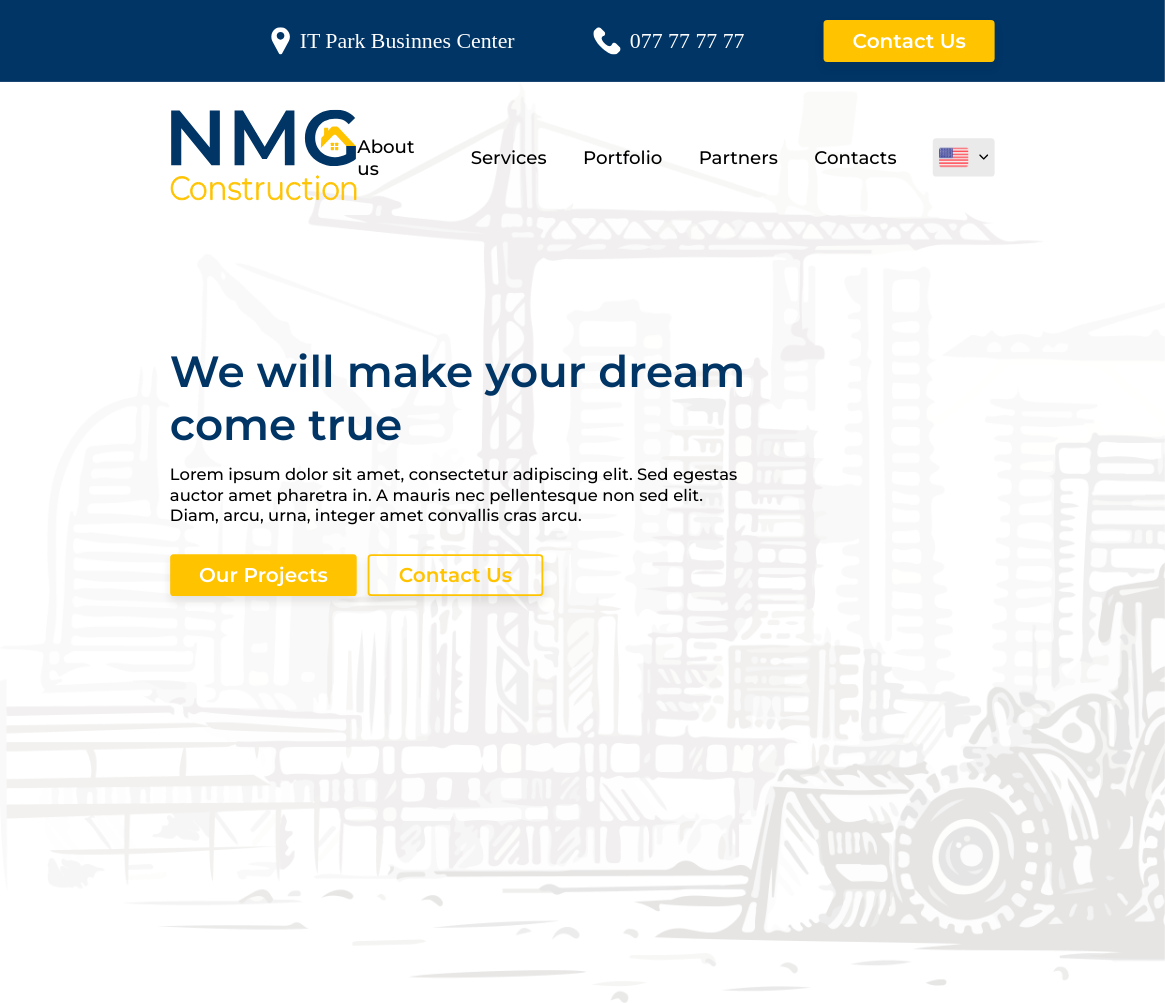
Repository: Lia1986/NMG-nuxt-project
Page: /
The author's editor kept a copy of each file at every save. The page is drawn from the files as they stood at one save, then again after the next save.
The browser window is 1280 px wide. The pictures show the whole page, at 91% of full size.
The project was rebuilt for these pictures with package versions that can differ from the ones it lists, and the page was loaded fresh each time. The framework's server and built-in components were replaced by stand-ins that run in the browser. Also part of the build but not shown: nuxt.config.js, components/ContactUs.vue, components/Partners.vue, components/Portfolio.vue, components/Services.vue, components/Tutorial.vue.

Above is the page before, as saved 2022-08-17 17:12:01.

### components/Navbar.vue
<template>
  <div class="wr_navbar">
    <div class="nav d-flex_jc-c_ai-c">
      <div class="wr_content d-flex_jc-c_ai-c">
        <div class="d-flex_jc-c_ai-c">
          <svg
            width="21"
            height="30"
            viewBox="0 0 21 30"
            fill="none"
            xmlns="http://www.w3.org/2000/svg"
          >
            <path
              d="M19.1586 5.13735C17.3414 1.99532 14.1138 0.0757324 10.5246 0.00237305C10.3714 -0.000791016 10.2172 -0.000791016 10.0639 0.00237305C6.47482 0.0757324 3.24722 1.99532 1.43002 5.13735C-0.427403 8.34899 -0.478222 12.2068 1.29406 15.4571L8.7188 29.0735C8.72213 29.0795 8.72547 29.0856 8.72892 29.0915C9.05558 29.6604 9.64079 30 10.2944 30C10.948 30 11.5332 29.6604 11.8598 29.0915C11.8632 29.0856 11.8666 29.0795 11.8699 29.0735L19.2947 15.4571C21.0668 12.2068 21.016 8.34899 19.1586 5.13735ZM10.2943 13.5938C7.9726 13.5938 6.08377 11.7013 6.08377 9.37503C6.08377 7.0488 7.9726 5.15628 10.2943 5.15628C12.616 5.15628 14.5048 7.0488 14.5048 9.37503C14.5048 11.7013 12.6161 13.5938 10.2943 13.5938Z"
              fill="white"
            />
          </svg>
          IT Park Businnes Center
        </div>
        <div class="d-flex_jc-c_ai-c">
          <svg
            width="30"
            height="30"
            viewBox="0 0 30 30"
            fill="none"
            xmlns="http://www.w3.org/2000/svg"
          >
            <path
              d="M29.1835 22.017L24.9969 17.8304C23.5017 16.3352 20.9598 16.9333 20.3617 18.877C19.9132 20.2228 18.418 20.9704 17.0723 20.6713C14.0818 19.9237 10.0448 16.0361 9.29717 12.8962C8.84861 11.5504 9.74574 10.0552 11.0914 9.60673C13.0352 9.00864 13.6333 6.46679 12.1381 4.97158L7.95149 0.784986C6.75532 -0.261662 4.96106 -0.261662 3.91442 0.784986L1.07352 3.62589C-1.76738 6.61631 1.37256 14.5409 8.40005 21.5684C15.4275 28.5959 23.3522 31.8854 26.3426 28.8949L29.1835 26.054C30.2302 24.8579 30.2302 23.0636 29.1835 22.017Z"
              fill="white"
            />
          </svg>
          077 77 77 77
        </div>
        <button class="btn">Contact Us</button>
      </div>
    </div>
    <div class="wr_header app_padding">
      <div class="d-flex_jc-c_ai-c jc_sb">
        <div class="logo">
          <svg
            width="206"
            height="101"
            viewBox="0 0 206 101"
            fill="none"
            xmlns="http://www.w3.org/2000/svg"
          >
            <g clip-path="url(#clip0_2_26)">
              <path
                d="M6.79998 97.9297C4.99512 96.8165 3.52714 95.2333 2.55331 93.3497C1.53367 91.312 1.00281 89.0648 1.00281 86.7863C1.00281 84.5078 1.53367 82.2606 2.55331 80.223C3.52534 78.3398 4.99387 76.7583 6.79998 75.6497C8.62123 74.5375 10.7195 73.9621 12.8533 73.9897C14.4214 73.9728 15.9768 74.2721 17.4266 74.8697C18.8074 75.4463 20.032 76.3419 21 77.483L19.9533 78.6763C19.0697 77.6989 17.9843 76.925 16.7723 76.4082C15.5602 75.8914 14.2504 75.6439 12.9333 75.683C11.0769 75.6555 9.25078 76.1548 7.66664 77.123C6.09615 78.0954 4.82133 79.4786 3.97998 81.123C3.10294 82.8832 2.64645 84.823 2.64645 86.7897C2.64645 88.7563 3.10294 90.6961 3.97998 92.4563C4.81879 94.1025 6.09418 95.4863 7.66664 96.4563C9.23736 97.4223 11.0495 97.9238 12.8933 97.903C14.2134 97.937 15.5252 97.6833 16.7374 97.1595C17.9497 96.6357 19.0334 95.8543 19.9133 94.8697L21 96.0563C20.035 97.2137 18.8108 98.1273 17.4266 98.723C15.9772 99.3206 14.4209 99.6155 12.8533 99.5897C10.7195 99.6173 8.62123 99.0419 6.79998 97.9297Z"
                fill="#FFC300"
                stroke="#FFC300"
              />
              <path
                d="M26.5667 98.3297C25.2571 97.494 24.2012 96.3159 23.5133 94.923C22.7848 93.384 22.4069 91.7024 22.4069 89.9997C22.4069 88.2969 22.7848 86.6154 23.5133 85.0763C24.1992 83.6821 25.2556 82.5035 26.5667 81.6697C27.8794 80.8673 29.3881 80.4427 30.9267 80.4427C32.4652 80.4427 33.9739 80.8673 35.2867 81.6697C36.5993 82.5017 37.6561 83.6808 38.34 85.0763C39.0731 86.6141 39.4536 88.2961 39.4536 89.9997C39.4536 91.7032 39.0731 93.3853 38.34 94.923C37.6544 96.3174 36.598 97.4961 35.2867 98.3297C33.9739 99.1321 32.4652 99.5567 30.9267 99.5567C29.3881 99.5567 27.8794 99.1321 26.5667 98.3297ZM34.44 96.923C35.4944 96.2232 36.3399 95.251 36.8867 94.1097C37.4797 92.8207 37.7868 91.4186 37.7868 89.9997C37.7868 88.5808 37.4797 87.1787 36.8867 85.8897C36.3419 84.747 35.496 83.7744 34.44 83.0763C33.3889 82.4144 32.1721 82.0632 30.93 82.0632C29.6879 82.0632 28.4711 82.4144 27.42 83.0763C26.3604 83.7722 25.5119 84.7452 24.9667 85.8897C24.3736 87.1787 24.0665 88.5808 24.0665 89.9997C24.0665 91.4186 24.3736 92.8207 24.9667 94.1097C25.5139 95.2528 26.362 96.2253 27.42 96.923C28.4724 97.5812 29.6887 97.9301 30.93 97.9301C32.1713 97.9301 33.3876 97.5812 34.44 96.923Z"
                fill="#FFC300"
                stroke="#FFC300"
              />
              <path
                d="M57.9066 82.4963C59.1466 83.8697 59.7666 85.8297 59.7666 88.4097V99.4097H58.1333V88.5563C58.1333 86.4452 57.6489 84.8341 56.68 83.723C56.1677 83.1619 55.5371 82.7219 54.8337 82.4348C54.1303 82.1477 53.3719 82.0207 52.6133 82.063C51.7255 82.0251 50.8403 82.1848 50.0217 82.5307C49.2031 82.8765 48.4716 83.3999 47.88 84.063C46.6633 85.5657 46.0458 87.4655 46.1466 89.3964V99.3963H44.5133V80.5897H46.08V84.663C46.6308 83.3984 47.5481 82.3279 48.7133 81.5897C49.9503 80.822 51.3847 80.4327 52.84 80.4697C53.7809 80.4205 54.7212 80.5763 55.596 80.9262C56.4708 81.2761 57.2592 81.8118 57.9066 82.4963Z"
                fill="#FFC300"
                stroke="#FFC300"
              />
              <path
                d="M66.8866 98.8697C65.8039 98.5086 64.8123 97.9173 63.98 97.1363L64.7266 95.6963C65.5086 96.3954 66.4125 96.9445 67.3933 97.3163C68.4876 97.7537 69.6548 97.9799 70.8333 97.983C72.5533 97.983 73.8266 97.6697 74.64 97.043C75.0395 96.7427 75.36 96.3497 75.5737 95.8979C75.7874 95.4461 75.8879 94.949 75.8667 94.4497C75.8855 94.1078 75.8363 93.7655 75.7218 93.4428C75.6074 93.1201 75.43 92.8233 75.2 92.5697C74.7415 92.1047 74.1761 91.7591 73.5533 91.563C72.6623 91.2893 71.7564 91.0667 70.84 90.8963C69.7318 90.6953 68.6417 90.4055 67.58 90.0297C66.7507 89.7205 66.0172 89.1985 65.4533 88.5163C64.8243 87.6761 64.5212 86.6363 64.6 85.5897C64.5839 84.8873 64.7267 84.1904 65.0176 83.5509C65.3085 82.9114 65.74 82.3458 66.28 81.8963C67.4 80.923 69 80.4363 71.0666 80.4363C72.1642 80.4367 73.255 80.6076 74.3 80.943C75.2479 81.2172 76.1349 81.6698 76.9133 82.2763L76.16 83.7163C75.4495 83.1557 74.6431 82.7288 73.78 82.4563C72.8926 82.1698 71.9658 82.0236 71.0333 82.023C69.7601 81.933 68.4937 82.276 67.44 82.9963C67.0466 83.3011 66.7319 83.6955 66.522 84.1466C66.312 84.5977 66.2131 85.0925 66.2333 85.5897C66.2073 85.9454 66.2528 86.3028 66.3673 86.6406C66.4819 86.9784 66.663 87.2898 66.9 87.5563C67.37 88.0323 67.9456 88.3909 68.58 88.603C69.4977 88.8977 70.4301 89.1447 71.3733 89.343C72.4647 89.5419 73.539 89.8249 74.5866 90.1897C75.3961 90.4817 76.1122 90.9859 76.66 91.6497C77.2675 92.442 77.5703 93.4262 77.5133 94.423C77.5377 95.1439 77.3902 95.8603 77.083 96.5129C76.7758 97.1655 76.3177 97.7357 75.7467 98.1763C74.5733 99.1097 72.92 99.583 70.7866 99.583C69.4548 99.5762 68.1346 99.3348 66.8866 98.8697Z"
                fill="#FFC300"
                stroke="#FFC300"
              />
              <path
                d="M90.56 98.2163C90.1285 98.663 89.599 99.0031 89.0133 99.2097C88.3899 99.4388 87.7309 99.5562 87.0667 99.5563C86.4329 99.5971 85.7978 99.4989 85.2059 99.2686C84.614 99.0382 84.0796 98.6814 83.64 98.223C82.7806 97.1627 82.35 95.8186 82.4333 94.4563V82.1363H79.2933V80.5897H82.4333V76.4763H84.0667V80.5897H89.4867V82.1363H84.0667V94.2563C83.9973 95.2545 84.2804 96.2454 84.8667 97.0563C85.1633 97.384 85.5304 97.64 85.9404 97.8052C86.3503 97.9703 86.7924 98.0402 87.2333 98.0097C87.7259 98.0282 88.2171 97.9448 88.6759 97.7647C89.1348 97.5846 89.5515 97.3116 89.9 96.963L90.56 98.2163Z"
                fill="#FFC300"
                stroke="#FFC300"
              />
              <path
                d="M99.12 81.543C100.33 80.7821 101.738 80.3992 103.167 80.443V82.2096L102.78 82.1763C101.937 82.1349 101.097 82.2905 100.325 82.6307C99.5531 82.971 98.8712 83.4865 98.3333 84.1363C97.2666 85.4696 96.7333 87.2918 96.7333 89.603V99.4096H95.1V80.5896H96.6666V84.6963C97.1241 83.4087 97.9844 82.3029 99.12 81.543Z"
                fill="#FFC300"
                stroke="#FFC300"
              />
              <path
                d="M122.893 80.5897V99.4097H121.333V95.3697C120.824 96.6275 119.949 97.703 118.82 98.4563C117.652 99.2055 116.287 99.5886 114.9 99.5563C113.932 99.6082 112.964 99.4511 112.062 99.0956C111.16 98.7402 110.346 98.1947 109.673 97.4963C108.416 96.1274 107.784 94.1563 107.78 91.583V80.5897H109.413V91.443C109.413 93.5563 109.907 95.1697 110.887 96.2697C111.413 96.8352 112.057 97.2773 112.774 97.5643C113.491 97.8513 114.262 97.9761 115.033 97.9297C115.894 97.9645 116.752 97.8024 117.541 97.4559C118.33 97.1093 119.03 96.5873 119.587 95.9297C120.77 94.4118 121.366 92.5183 121.267 90.5963V80.5963L122.893 80.5897Z"
                fill="#FFC300"
                stroke="#FFC300"
              />
              <path
                d="M132.14 98.3297C130.821 97.4989 129.758 96.32 129.067 94.923C128.338 93.3781 127.96 91.6912 127.96 89.983C127.96 88.2749 128.338 86.5879 129.067 85.043C129.748 83.6383 130.818 82.4583 132.15 81.6431C133.481 80.8278 135.019 80.4113 136.58 80.443C137.88 80.4255 139.164 80.7277 140.32 81.323C141.445 81.9218 142.387 82.8132 143.047 83.903L141.84 84.8764C141.28 83.9872 140.496 83.2607 139.567 82.7697C138.644 82.2926 137.618 82.0499 136.58 82.063C135.317 82.0482 134.075 82.3927 133 83.0564C131.929 83.7374 131.069 84.7051 130.52 85.8497C129.927 87.1516 129.62 88.5657 129.62 89.9964C129.62 91.4271 129.927 92.8411 130.52 94.143C131.07 95.2839 131.929 96.2472 133 96.923C134.073 97.5912 135.316 97.936 136.58 97.9164C137.615 97.9389 138.64 97.7102 139.567 97.2497C140.497 96.7568 141.281 96.028 141.84 95.1364L143.047 96.1097C142.39 97.2025 141.447 98.0948 140.32 98.6897C139.165 99.2871 137.88 99.5916 136.58 99.5764C135.011 99.5922 133.471 99.1597 132.14 98.3297Z"
                fill="#FFC300"
                stroke="#FFC300"
              />
              <path
                d="M156.6 98.2163C156.167 98.6639 155.635 99.004 155.047 99.2096C154.425 99.4387 153.769 99.5561 153.107 99.5563C152.472 99.5971 151.836 99.499 151.243 99.2687C150.65 99.0384 150.114 98.6815 149.673 98.223C148.814 97.1627 148.383 95.8186 148.467 94.4563V82.1363H145.333V80.5896H148.467V76.4763H150.1V80.5896H155.52V82.1363H150.1V94.2563C150.031 95.2545 150.314 96.2454 150.9 97.0563C151.197 97.384 151.564 97.64 151.974 97.8052C152.384 97.9703 152.826 98.0402 153.267 98.0097C153.759 98.0282 154.25 97.9448 154.709 97.7647C155.168 97.5846 155.585 97.3116 155.933 96.963L156.6 98.2163Z"
                fill="#FFC300"
                stroke="#FFC300"
              />
              <path
                d="M161.007 75.5897C160.876 75.4531 160.775 75.292 160.707 75.1157C160.64 74.9395 160.608 74.7516 160.613 74.563C160.607 74.1769 160.748 73.8029 161.007 73.5163C161.125 73.3827 161.271 73.2757 161.434 73.2024C161.598 73.1291 161.774 73.0912 161.953 73.0912C162.132 73.0912 162.309 73.1291 162.472 73.2024C162.635 73.2757 162.781 73.3827 162.9 73.5163C163.162 73.7931 163.303 74.1622 163.293 74.543C163.299 74.9291 163.159 75.3031 162.9 75.5897C162.783 75.7265 162.638 75.8363 162.475 75.9111C162.311 75.986 162.133 76.0242 161.953 76.023C161.774 76.0228 161.596 75.984 161.433 75.9093C161.27 75.8345 161.124 75.7255 161.007 75.5897ZM161.14 80.5897H162.773V99.4097H161.14V80.5897Z"
                fill="#FFC300"
                stroke="#FFC300"
              />
              <path
                d="M172 98.3297C170.689 97.4961 169.632 96.3174 168.947 94.923C168.213 93.3853 167.833 91.7032 167.833 89.9997C167.833 88.2961 168.213 86.6141 168.947 85.0763C169.63 83.6808 170.687 82.5017 172 81.6697C173.313 80.8673 174.821 80.4427 176.36 80.4427C177.899 80.4427 179.407 80.8673 180.72 81.6697C182.031 82.5035 183.087 83.6821 183.773 85.0763C184.502 86.6154 184.88 88.2969 184.88 89.9997C184.88 91.7024 184.502 93.384 183.773 94.923C183.085 96.3159 182.029 97.494 180.72 98.3297C179.407 99.1321 177.899 99.5567 176.36 99.5567C174.821 99.5567 173.313 99.1321 172 98.3297ZM179.867 96.923C180.923 96.2236 181.771 95.2515 182.32 94.1097C182.909 92.8195 183.213 91.4179 183.213 89.9997C183.213 88.5815 182.909 87.1799 182.32 85.8897C181.773 84.7466 180.925 83.774 179.867 83.0763C178.816 82.4144 177.599 82.0632 176.357 82.0632C175.115 82.0632 173.898 82.4144 172.847 83.0763C171.789 83.7726 170.943 84.7457 170.4 85.8897C169.807 87.1787 169.5 88.5808 169.5 89.9997C169.5 91.4186 169.807 92.8207 170.4 94.1097C170.944 95.2525 171.79 96.2252 172.847 96.923C173.899 97.5812 175.115 97.9301 176.357 97.9301C177.598 97.9301 178.814 97.5812 179.867 96.923Z"
                fill="#FFC300"
                stroke="#FFC300"
              />
              <path
                d="M202.333 82.4963C203.573 83.8697 204.193 85.8297 204.193 88.4097V99.4097H202.56V88.5563C202.56 86.443 202.08 84.8297 201.107 83.723C200.596 83.1621 199.966 82.722 199.264 82.4349C198.562 82.1477 197.804 82.0207 197.047 82.063C196.158 82.024 195.271 82.1833 194.451 82.5292C193.632 82.8751 192.899 83.399 192.307 84.063C191.092 85.5666 190.477 87.4663 190.58 89.3963V99.3963H188.947V80.5897H190.513V84.663C191.057 83.389 191.973 82.3086 193.14 81.563C194.379 80.7955 195.816 80.4063 197.273 80.443C198.215 80.3973 199.156 80.5573 200.03 80.9119C200.903 81.2665 201.69 81.8072 202.333 82.4963Z"
                fill="#FFC300"
                stroke="#FFC300"
              />
              <path
                d="M54.5933 1.44965V61.643H45.3933L12.2 20.883V61.643H1.10663V1.44965H10.3133L43.5 42.2096V1.44965H54.5933Z"
                fill="#003566"
              />
              <path
                d="M126.047 61.643L125.96 21.743L106.187 54.763H101.2L81.42 22.2563V61.643H70.7533V1.44965H79.9533L103.867 41.3496L127.333 1.44965H136.533L136.62 61.643H126.047Z"
                fill="#003566"
              />
              <path
                d="M169.12 29.403V21.3097C169.113 21.18 169.131 21.0503 169.174 20.9278C169.217 20.8053 169.284 20.6926 169.371 20.596C169.458 20.4993 169.562 20.4208 169.68 20.3648C169.797 20.3088 169.924 20.2765 170.053 20.2697H172.813C173.078 20.2868 173.324 20.408 173.499 20.6067C173.674 20.8054 173.763 21.0654 173.747 21.3297L173.593 29.2563C173.6 29.5064 173.513 29.7499 173.348 29.9388C173.184 30.1276 172.955 30.248 172.707 30.2763L170.1 30.423C169.968 30.4213 169.838 30.3934 169.718 30.341C169.597 30.2887 169.488 30.2128 169.397 30.1179C169.305 30.023 169.234 29.911 169.187 29.7882C169.139 29.6655 169.116 29.5345 169.12 29.403Z"
                fill="#FFC300"
              />
              <path
                d="M182.74 28.863L193.48 40.5496L204.053 54.8496V40.5496L184.407 19.6963C184.194 19.4711 183.938 19.2916 183.654 19.169C183.369 19.0463 183.063 18.983 182.753 18.983H178.947C178.368 18.9826 177.81 19.2018 177.387 19.5963L166.053 31.543L165.607 42.5896L179.333 28.7496C179.554 28.5142 179.822 28.3287 180.121 28.2053C180.419 28.082 180.74 28.0237 181.062 28.0345C181.385 28.0452 181.701 28.1247 181.991 28.2675C182.28 28.4104 182.535 28.6134 182.74 28.863Z"
                fill="#FFC300"
              />
              <path
                d="M193.48 40.5497H204.053V54.8497C200.818 57.385 197.147 59.3077 193.22 60.523C189.108 61.8474 184.814 62.5222 180.493 62.523C174.713 62.6095 169.006 61.2335 163.9 58.523C159.089 55.9728 155.071 52.149 152.287 47.4697C149.448 42.6552 147.99 37.1516 148.073 31.563C147.991 25.9745 149.449 20.4712 152.287 15.6563C155.079 10.9653 159.111 7.13585 163.94 4.58966C169.092 1.87575 174.844 0.500286 180.667 0.589665C185.707 0.589665 188.72 0.636332 192.847 2.303C196.851 3.8823 200.419 6.39674 203.253 9.63633L196.2 16.4897C191.973 11.4697 187.66 10.3897 181.18 10.3897C177.238 10.3133 173.341 11.2303 169.847 13.0563C166.626 14.779 163.954 17.3705 162.133 20.5363C160.233 23.8892 159.266 27.6898 159.333 31.543C159.278 35.3391 160.242 39.0805 162.127 42.3763C163.969 45.5539 166.649 48.1644 169.873 49.923C173.312 51.7971 177.178 52.7458 181.093 52.6763C185.424 52.7687 189.701 51.7006 193.48 49.583V40.5497Z"
                fill="#003566"
              />
              <rect
                x="176.5"
                y="36.9375"
                width="3.47998"
                height="3.43884"
                rx="0.5"
                fill="#FFC300"
              />
              <rect
                x="176.5"
                y="41.6375"
                width="3.47998"
                height="3.43884"
                rx="0.5"
                fill="#FFC300"
              />
              <rect
                x="181.227"
                y="36.9163"
                width="3.47998"
                height="3.43884"
                rx="0.5"
                fill="#FFC300"
              />
              <rect
                x="181.227"
                y="41.6163"
                width="3.47998"
                height="3.43884"
                rx="0.5"
                fill="#FFC300"
              />
            </g>
            <defs>
              <clipPath id="clip0_2_26">
                <rect
                  width="205.16"
                  height="100"
                  fill="white"
                  transform="translate(0 0.589661)"
                />
              </clipPath>
            </defs>
          </svg>
        </div>
        <div class="d-flex_jc-c_ai-c">
          <div
            @click="changeActiveNavItem(item.id)"
            class="mr-40 nav_item"
            :class="{ active_nav_item: item.active }"
            v-for="item in navItem"
            :key="item.id"
          >
            {{ item.item }}
          </div>
          <div class="language" @click="seeLanguageModal = !seeLanguageModal">
            <div class="active_language d-flex_jc-c_ai-c">
              <img
                class="mr-12"
                :src="require(`~/assets/images/${activeLanguage.flag}`)"
                alt="flag"
              />
              <svg
                :class="{ arrow: seeLanguageModal }"
                width="10"
                height="7"
                viewBox="0 0 10 7"
                fill="none"
                xmlns="http://www.w3.org/2000/svg"
              >
                <path
                  d="M4.60982 6.36759L0.159808 1.91744C0.0568016 1.81451 5.49786e-05 1.67711 5.58443e-05 1.53061C5.671e-05 1.38411 0.056805 1.24671 0.159813 1.14378L0.487454 0.816065C0.700949 0.602816 1.04794 0.602818 1.26111 0.816069L4.99796 4.55297L8.73901 0.811967C8.84201 0.709042 8.97933 0.652214 9.12575 0.652215C9.27234 0.652215 9.40965 0.709045 9.51274 0.811972L9.8403 1.13969C9.9433 1.2427 10 1.38002 10 1.52652C10 1.67302 9.9433 1.81042 9.84029 1.91335L5.38616 6.36759C5.28282 6.47076 5.14486 6.52743 4.99819 6.5271C4.85096 6.52743 4.71307 6.47076 4.60982 6.36759Z"
                  fill="black"
                />
              </svg>
            </div>
            <div v-for="item in languages" :key="item.id">
              <div
                class="modal_language"
                v-if="!item.active && seeLanguageModal"
                @click.stop="changeLanguage(item.id)"
              >
                <img
                  :src="require(`~/assets/images/${item.flag}`)"
                  alt="flag"
                />
              </div>
            </div>
          </div>
        </div>
      </div>
      <div class="header_content">
        <h1>We will make your dream come true</h1>
        <p>
          Lorem ipsum dolor sit amet, consectetur adipiscing elit. Sed egestas
          auctor amet pharetra in. A mauris nec pellentesque non sed elit. Diam,
          arcu, urna, integer amet convallis cras arcu.
        </p>
        <div class="d-flex">
          <button class="btn mr-12">Our Projects</button>
          <button class="btn btn_empty" style="background:">Contact Us</button>
        </div>
      </div>
    </div>
  </div>
</template>

<script>
export default {
  data() {
    return {
      seeLanguageModal: false,
      activeLanguage: {
        id: 1,
        language: "US",
        flag: "flag_us.png",
        active: true,
      },
      languages: [
        { id: 1, language: "US", flag: "flag_us.png", active: true },
        { id: 2, language: "ARM", flag: "flag_arm.png", active: false },
      ],
      navItem: [
        { id: "1", item: "About us", active: false },
        { id: "2", item: "Services", active: false },
        { id: "3", item: "Portfolio", active: false },
        { id: "4", item: "Partners", active: false },
        { id: "5", item: "Contacts", active: false },
      ],
    };
  },
  methods: {
    changeLanguage(id) {
      this.seeLanguageModal = false;
      this.languages.forEach((el) => {
        if (el.id === id) {
          el.active = true;
          this.activeLanguage = el;
        } else {
          el.active = false;
        }
      });
    },
    changeActiveNavItem(id) {
      this.navItem.forEach((el) => {
        if (el.id === id) {
          el.active = true;
        } else {
          el.active = false;
        }
      });
    },
  },
};
</script>

<style lang="scss" scoped>
.wr_navbar {
  .nav {
    background: $blueMain;
    color: $white;
    // padding: 0 14.584% 0 44.011%;
    height: 90px;
    justify-content: end;
    div {
      font-size: 24px;
      svg {
        margin-right: 10px;
      }
    }
    .wr_content {
      width: 795px;
      height: 100%;
      margin-right: 14.584%;
      justify-content: space-between;
    }
  }
  .wr_header {
    height: 982px;
    background-image: url("./../assets/images/img_header.png");
    background-repeat: no-repeat;
    background-size: cover;
    padding-top: 30px;
  }
  .language {
    position: relative;
    width: 74px;
    padding: 10px 0;
    background: #eaeaea;
    border-radius: $bRadius;
    cursor: pointer;
    svg {
      transition: all 0.3s;
    }
    .arrow {
      transform: rotate(180deg);
    }
    .modal_language {
      bottom: -40px;
      left: 0;
      padding: 10px 0px 10px 10px;
      width: 64px;
      position: absolute;
      background: #eaeaea;
      border-radius: $bRadius;
      height: 22px;
      cursor: pointer;
      &:hover {
        background: #c4c4c4;
      }
    }
  }
  .nav_item {
    color: $black;
    font-weight: 500;
    font-family: $font500;
    font-size: 20px;
    cursor: pointer;
  }
  .active_nav_item {
    color: $yellowMain;
    border-bottom: 2px solid $yellowMain;
  }
  .header_content {
    margin-top: 154px;
    width: 640px;
    h1 {
      color: $blueMain;
      font-weight: 600;
      font-family: $font600;
      font-size: 48px;
    }
    p {
      font-weight: 500;
      font-family: $font500;
      font-size: 18px;
      color: $black;
      margin: 16px 0 32px;
    }
   }
}
</style>

Loaded but not shown: components/WorkingProcess.vue (140 lines, source omitted); components/Home.vue (15 lines, source omitted); pages/index.vue (12 lines, source omitted); assets/css/main.scss (81 lines, source omitted)

After the next save:
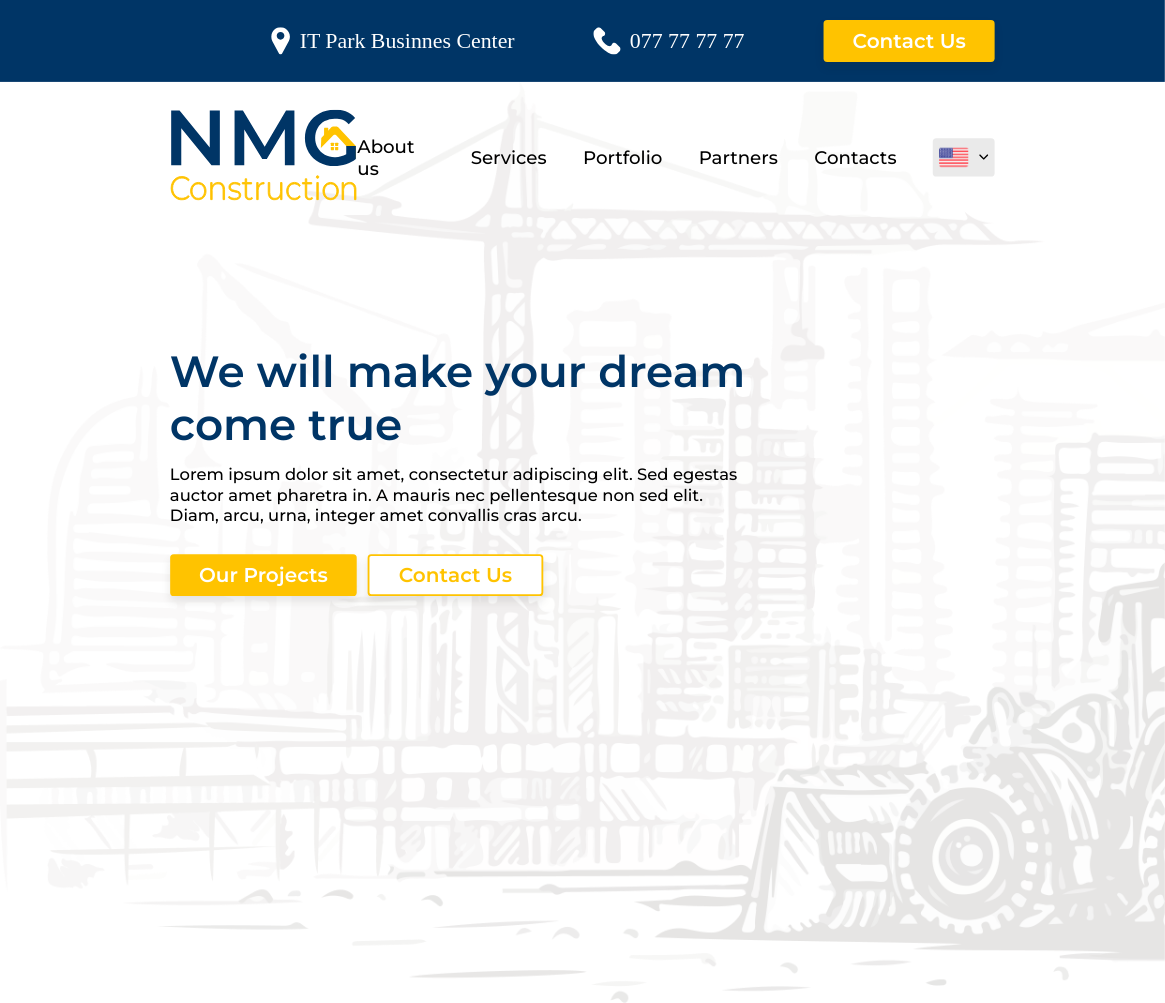
Saved 6 s later.
--- a/components/Navbar.vue
+++ b/components/Navbar.vue
@@ -226,7 +226,7 @@
         </p>
         <div class="d-flex">
           <button class="btn mr-12">Our Projects</button>
-          <button class="btn btn_empty" style="background:">Contact Us</button>
+          <button class="btn btn_empty" style="background:white">Contact Us</button>
         </div>
       </div>
     </div>
